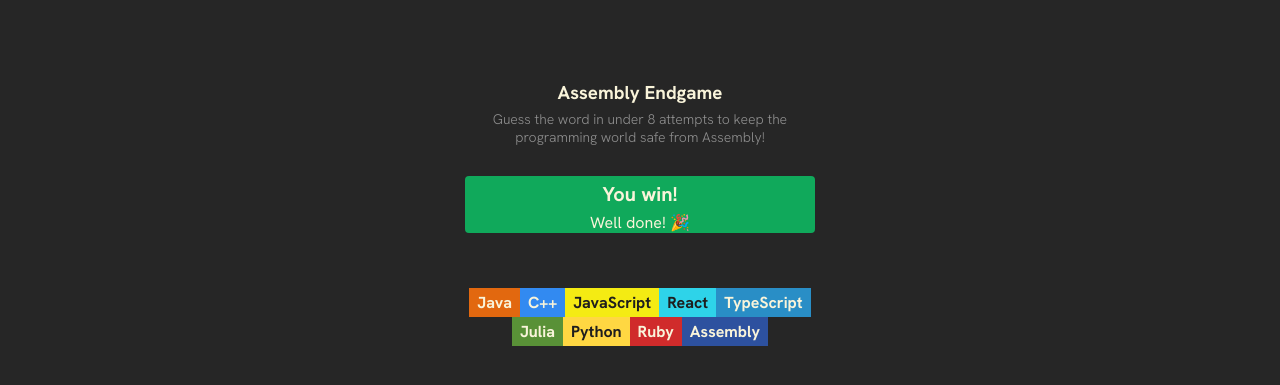
Repository: AchrafAzzaoui/AssemblyEndgame
Page: / (app in assembly-endgame/)
The author's editor kept a copy of each file at every save. The page is drawn from the files as they stood at one save, then again after the next save.
The browser window is 1280 px wide. The pictures show the whole page.
The project was rebuilt for these pictures with package versions that can differ from the ones it lists, and the page was loaded fresh each time. Also part of the build but not shown: assembly-endgame/vite.config.js.

Above is the page before, as saved 2024-12-25 13:08:33.

After the next save:
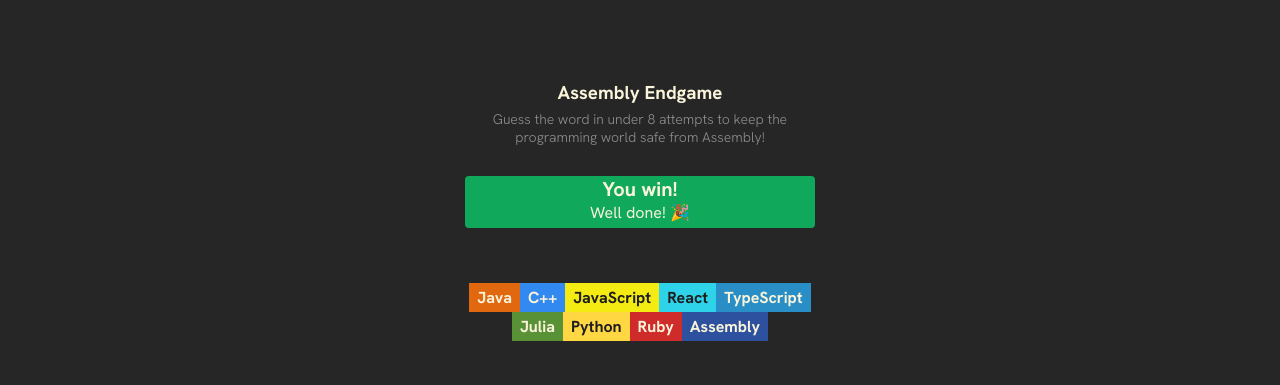
Saved 7 s later.
--- a/assembly-endgame/src/index.css
+++ b/assembly-endgame/src/index.css
@@ -47,11 +47,11 @@
   margin-block: 30px;
 }
 .game-status p {
-  /* margin-bottom: 5px; */
+  margin-bottom: 5px;
 }
 .game-status h2 {
   font-size: 1.25rem;
-  margin: 5px;
+  /* margin: 5px; */
 }
 
 /* language tags */
